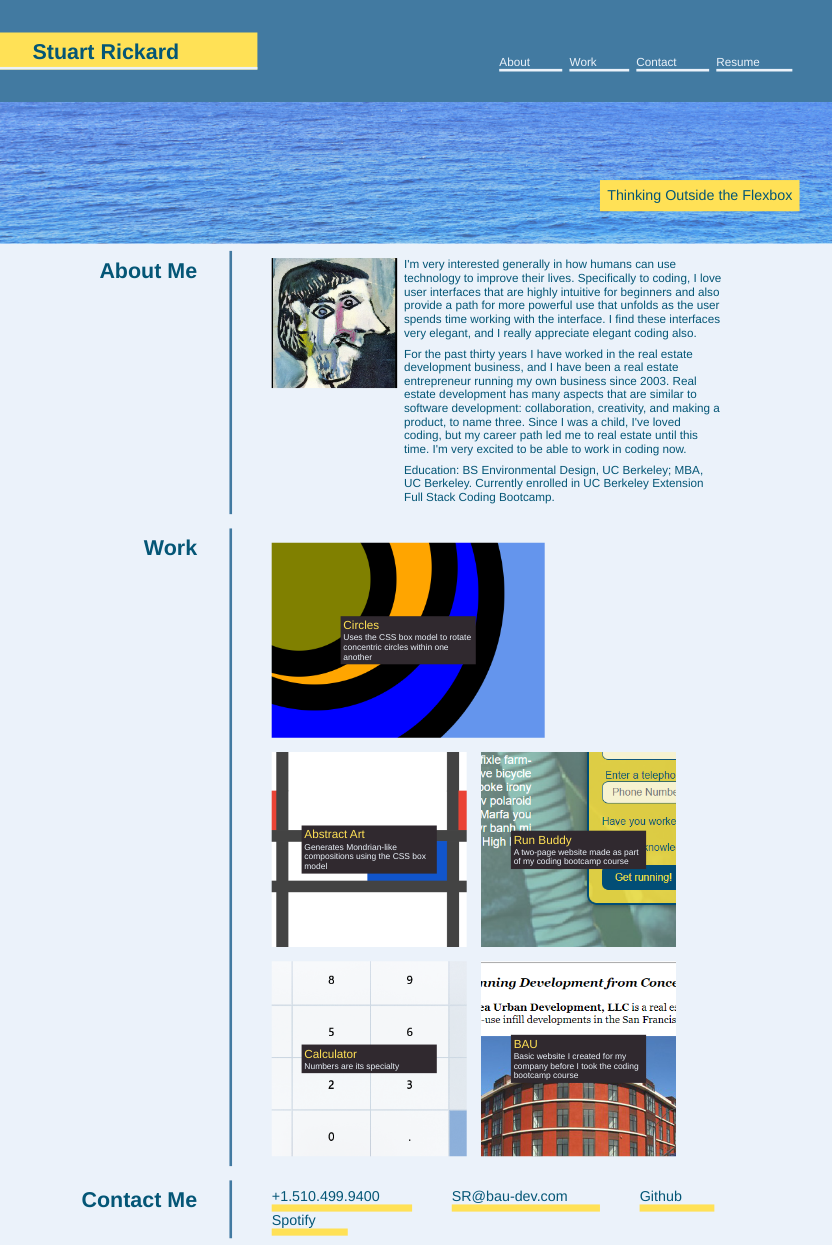
Repository: stuart-rickard/srport
Page: index.html
An editor plug-in stored every save of this project. The page is shown before and after the next save, followed by the edit.
The browser window is 1280 px wide. The pictures show the whole page, at 65% of full size.
Backgrounds fixed to the window are drawn as part of the page.

Above is the page before, as saved 2021-11-13 14:04:53.

### index.html
<!DOCTYPE html>
<html lang="en">
  <head>
    <meta charset="UTF-8" />
    <meta name="viewport" content="width=device-width, initial-scale=1.0" />
    <meta http-equiv="X-UA-Compatible" content="ie=edge" />
    <link rel="stylesheet" href="./assets/css/style.css">
    <title>Stuart Rickard Portfolio</title>
  </head>
  <body>
    <header>
      <h1>Stuart Rickard</h1>
      <nav><ul>
        <li><a href="#about-me-title">About</a></li>
        <li><a href="#work-title">Work</a></li>
        <li><a href="#contact-me-title">Contact</a></li>
        <li><a href="underconstruction.html">Resume</a></li>
      </ul></nav>
    </header>
    <section class=band-below-header>
      <p>Thinking Outside the Flexbox</p>
      <!-- Photo credit: the waves photo was downloaded from a website that offered free photos -->
    </section>
    <main>
      <section class=main-section>
        <div class=main-section-Title id="about-me-title">About Me</div>
        <div class=main-section-Content id=about-me-text>
          <img src="assets/images/face.png" alt="cubist painting of a face">
          <!-- Image credit: the face is cropped from a Picasso painting -->
          <div>
            <p>
              I'm very interested generally in how humans can use technology to improve their lives.  Specifically to coding, I love user interfaces that are highly intuitive for beginners and also provide a path for more powerful use that unfolds as the user spends time working with the interface.  I find these interfaces very elegant, and I really appreciate elegant coding also.
            </p>
            <p>
              For the past thirty years I have worked in the real estate development business, and I have been a real estate entrepreneur running my own business since 2003.  Real estate development has many aspects that are similar to software development: collaboration, creativity, and making a product, to name three.  Since I was a child, I've loved coding, but my career path led me to real estate until this time.  I'm very excited to be able to work in coding now.
            </p>
            <p>
              Education: BS Environmental Design, UC Berkeley; MBA, UC Berkeley.  Currently enrolled in UC Berkeley Extension Full Stack Coding Bootcamp.
            </p>
          </div>
        </div>
      </section>
      <section class=main-section>
        <div class=main-section-Title id="work-title">Work</div>
        <div class=main-section-Content id="work-card-container">
          <!-- Circles - this links to a live page -->
          <article class=work-card>
            <a href="https://stuart-rickard.github.io/sandbox/circles/">
              <img id=circles src="assets/images/circles.png" alt="multi-colored graphic pattern with circles">
            </a>
            <div>Circles
              <p>Uses the CSS box model to rotate concentric circles within one another</p>
            </div>
          </article>
          <!-- Abstract Art - this links to the "under construction" page -->
          <article class=work-card>
            <a href="underconstruction.html">
              <img id=abstract-art src="assets/images/abstract.png" alt="primary color composition inspried by Piet Mondtrian's art">
            </a>
            <div>Abstract Art
              <p>Generates Mondrian-like compositions using the CSS box model</p>
            </div>
          </article>
          <!-- Run Buddy - this links to a live page -->
          <article class=work-card>
            <a href="https://stuart-rickard.github.io/runbuddy2/">
              <img id=run-buddy src="assets/images/run-buddy.png" alt="screenshot showing a website">
            </a>
            <div>Run Buddy
              <p>A two-page website made as part of my coding bootcamp course</p>
            </div>
          </article>
          <!-- Calculator - this links to the "under construction" page -->
          <article class=work-card>
            <a href="underconstruction.html">
              <img id=calculator src="assets/images/calculator.png" alt="calculator with numbered keys">
            </a>
            <div>Calculator
              <p>Numbers are its specialty</p>
            </div>
          </article>
          <!-- BAU - this links to the "under construction" page -->
          <article class=work-card>
            <a href="underconstruction.html">
              <img id=BAU src="assets/images/bau.png" alt="screenshot showing a website">
            </a>
            <div>BAU
              <p>Basic website I created for my company before I took the coding bootcamp course</p>
            </div>
          </article>
        </div>
      </section>
      <section class=main-section>
        <div class=main-section-Title id="contact-me-title">Contact Me</div>
        <div class=main-section-Content id="contact-me-content">
          <a href="tel:+15104999400">+1.510.499.9400</a>
          <a href="mailto:SR@bau-dev.com">SR@bau-dev.com</a>
          <a href="https://github.com/stuart-rickard">Github</a>
          <!-- This link goes to the "under construction" page -->
          <a href="underconstruction.html">Spotify</a>
        </div>
      </section>
    </main>
  </body>
</html>

Loaded but not shown: assets/css/style.css (library)

After the next save:
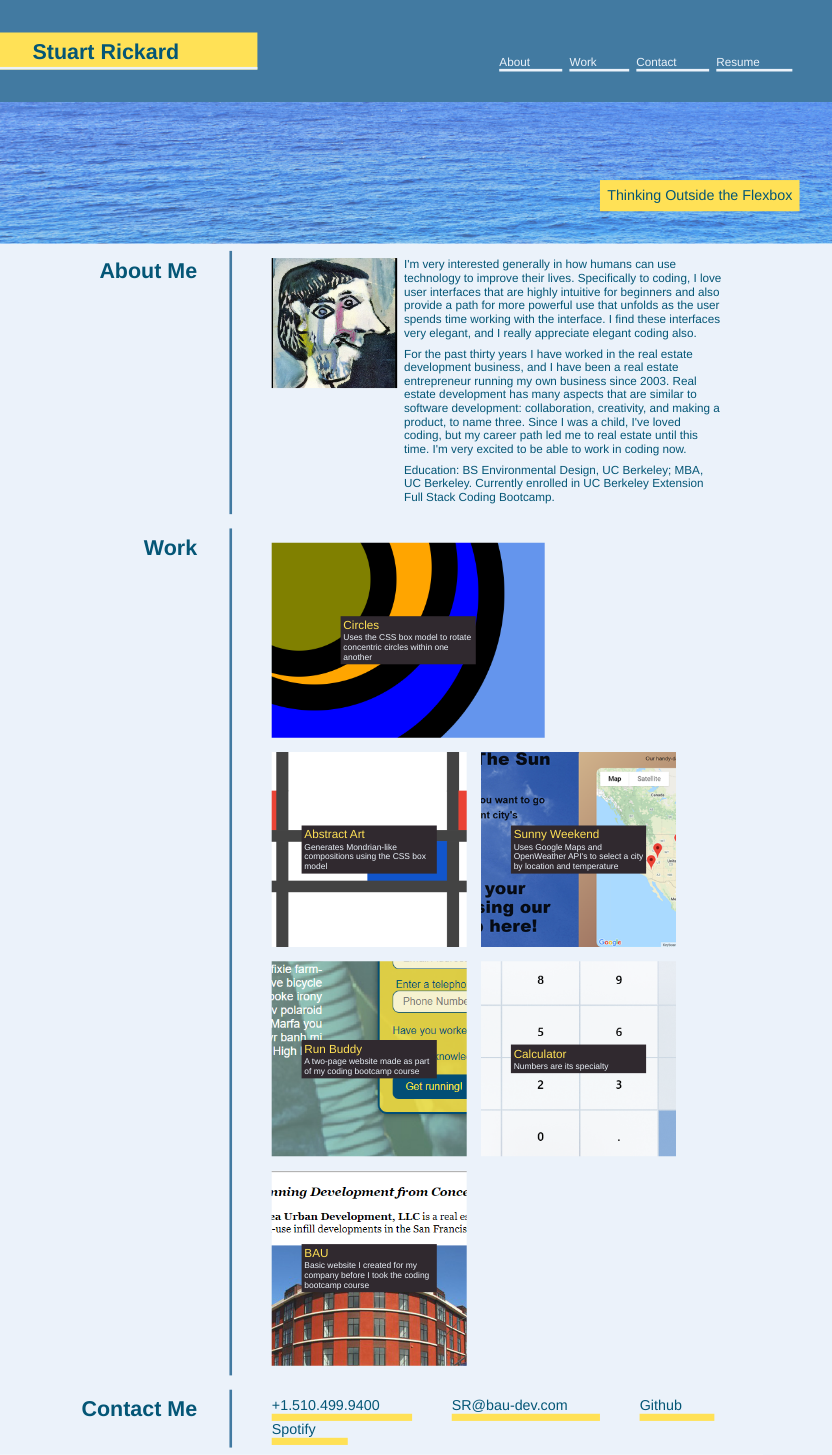
Saved 36 days later.
--- a/index.html
+++ b/index.html
@@ -61,6 +61,15 @@
               <p>Generates Mondrian-like compositions using the CSS box model</p>
             </div>
           </article>
+          <!-- Sunny Weekend - this links to a live page -->
+          <article class=work-card>
+            <a href="https://deivrs60.github.io/sunny-weekend/">
+              <img id=sunny-weekend src="assets/images/sunny-weekend.png" alt="screenshot showing a website">
+            </a>
+            <div>Sunny Weekend
+              <p>Uses Google Maps and OpenWeather API's to select a city by location and temperature</p>
+            </div>
+          </article>
           <!-- Run Buddy - this links to a live page -->
           <article class=work-card>
             <a href="https://stuart-rickard.github.io/runbuddy2/">
